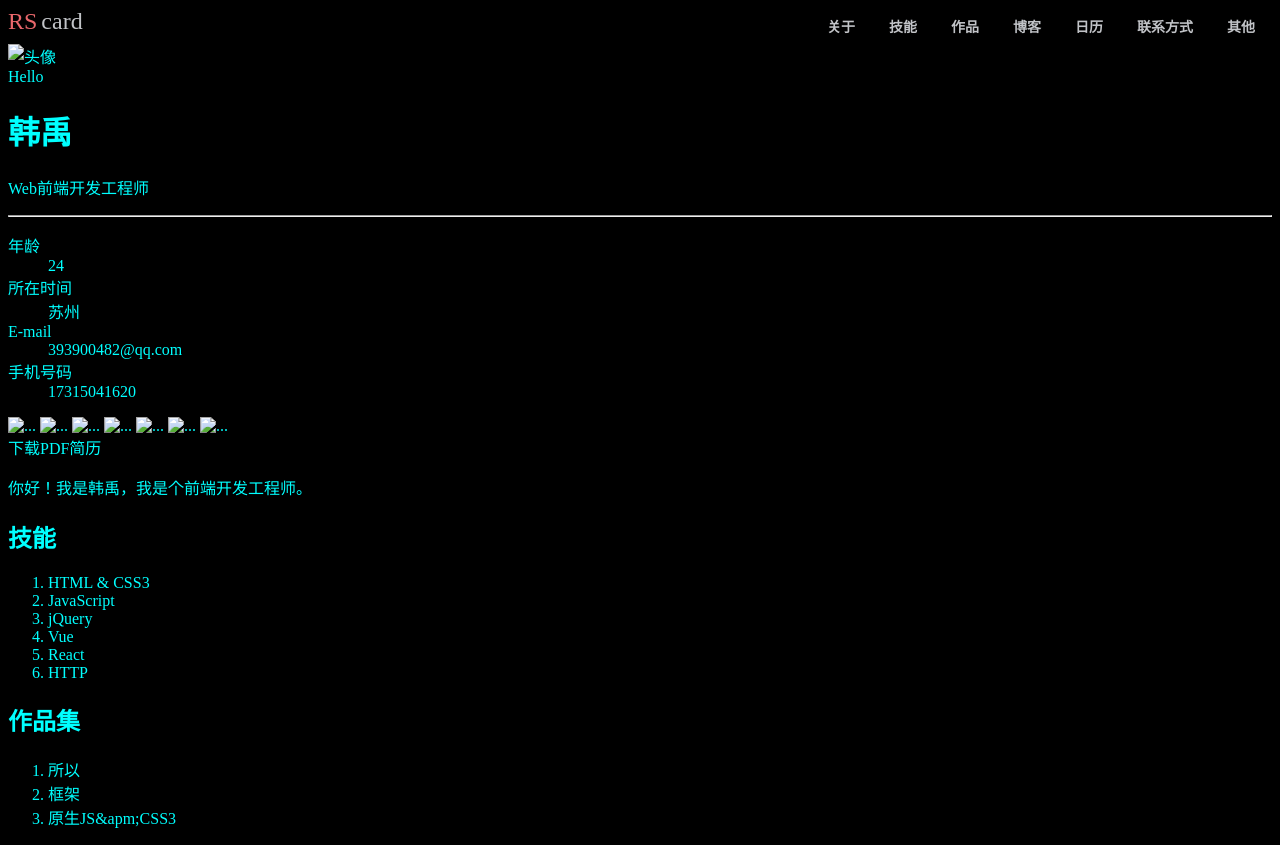
Repository: yorkHan/resume
Page: index.html
These files come from the project's save history. The page is drawn as it stood at one moment and after a run of saves; the edit follows.
The browser window is 1280 px wide. The pictures show the whole page.

Above is the page before, as saved 2018-04-09 15:37:25.

After the next 8 saves:
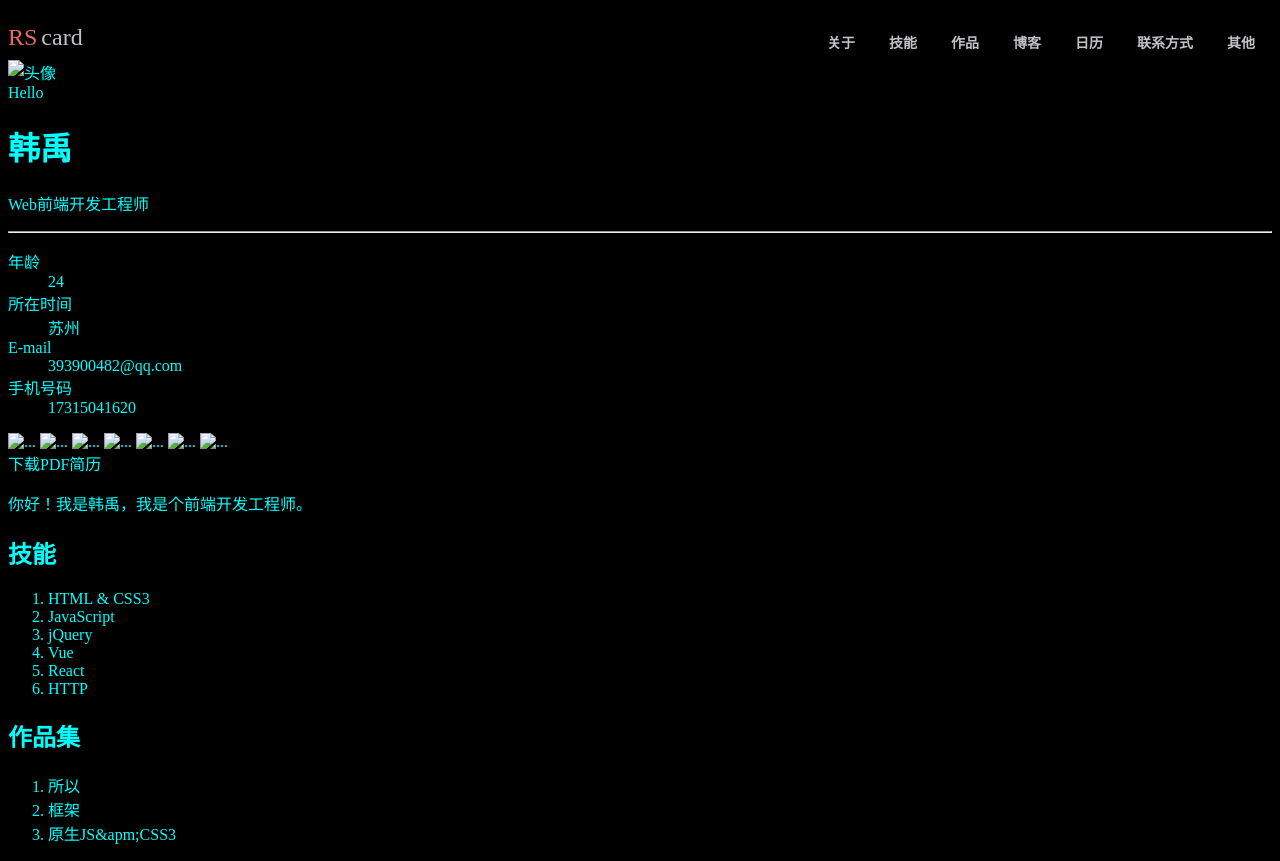
The 8 saves are shown as one change because they came seconds apart.
The last was saved 94 s later.
--- a/1.css
+++ b/1.css
@@ -10,6 +10,9 @@ a{
     content: '';
     display: block;
     clear: both;
+}
+.topNavBar{
+    padding-top: 16px;
 }
 .topNavBar>nav>ul{
     list-style: none;
